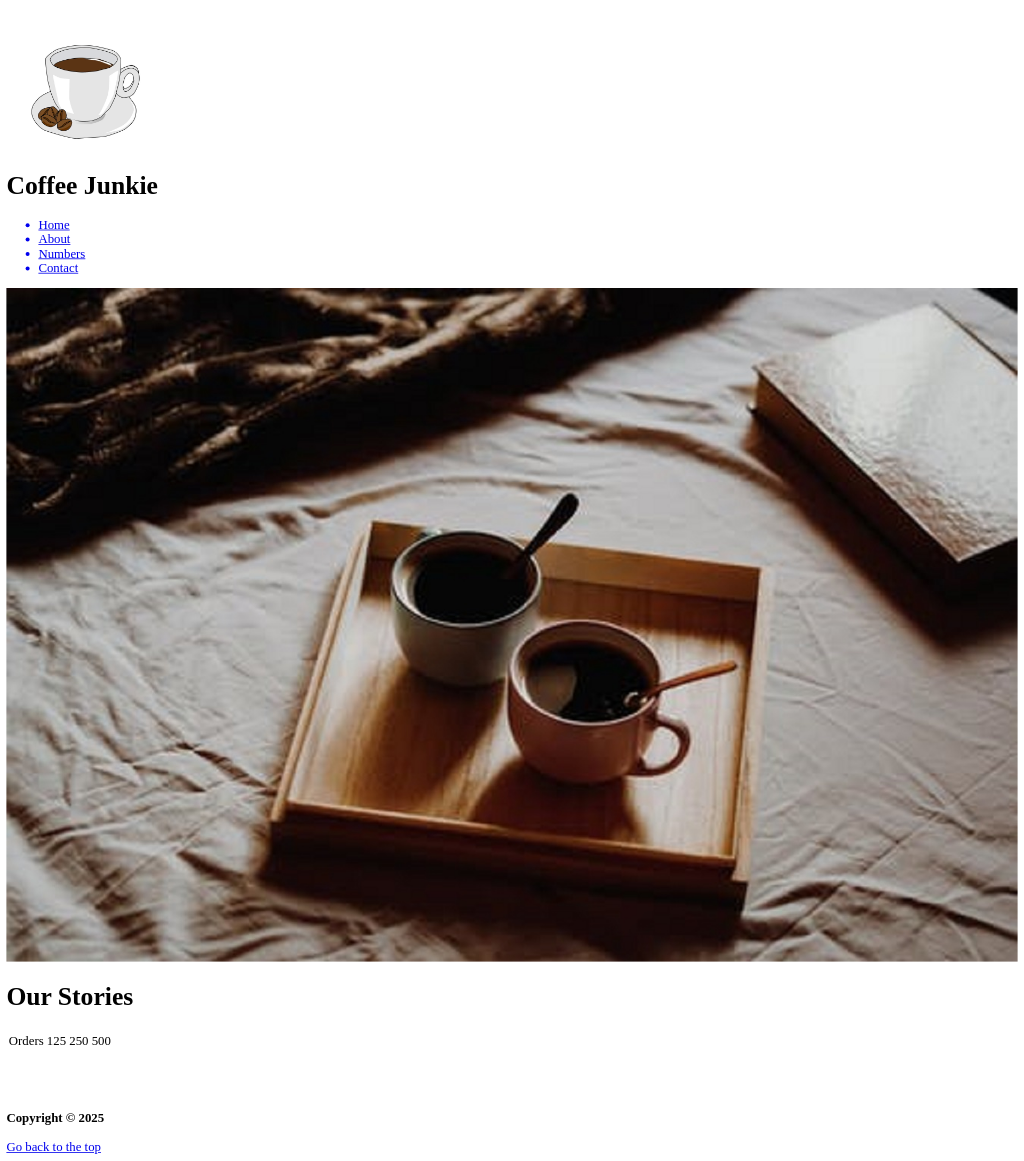
Repository: Tranghii/HTML-CSS
Page: HTML&CSS/miniExercise/number.html
The author's editor kept a copy of each file at every save. The page is drawn from the files as they stood at one save, then again after a run of saves.
The browser window is 1280 px wide. The pictures show the whole page, at 80% of full size.

Above is the page before, as saved 2025-10-11 21:48:29.

After the next 2 saves:
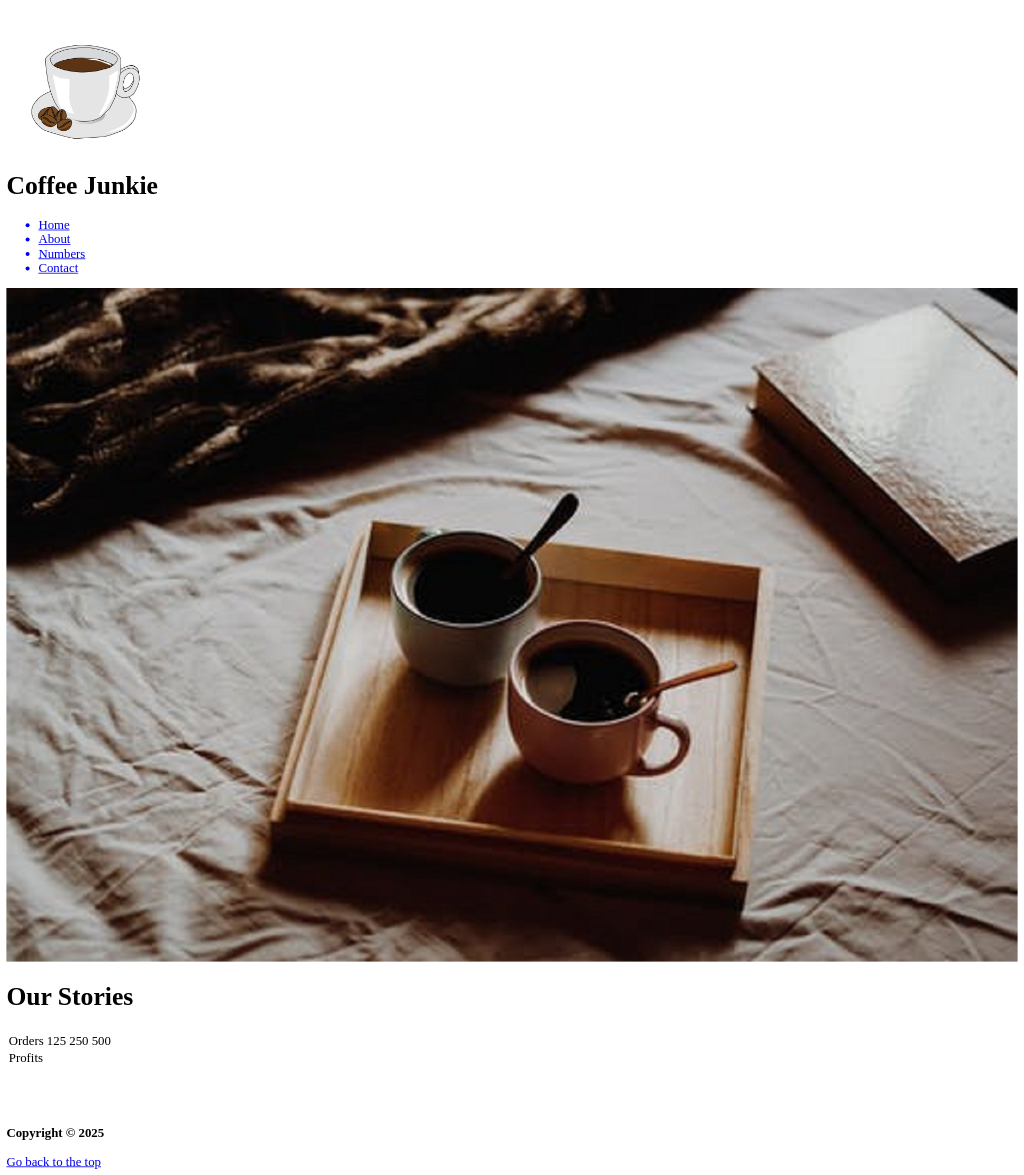
The 2 saves are shown as one change because they came seconds apart.
The last was saved 10 s later.
--- a/HTML&CSS/miniExercise/number.html
+++ b/HTML&CSS/miniExercise/number.html
@@ -36,7 +36,7 @@
                             <td>500</td>
                         </tr>
                         <tr>
-                            <td></td>
+                            <td>Profits</td>
                             <td></td>
                             <td></td>
                             <td></td>
